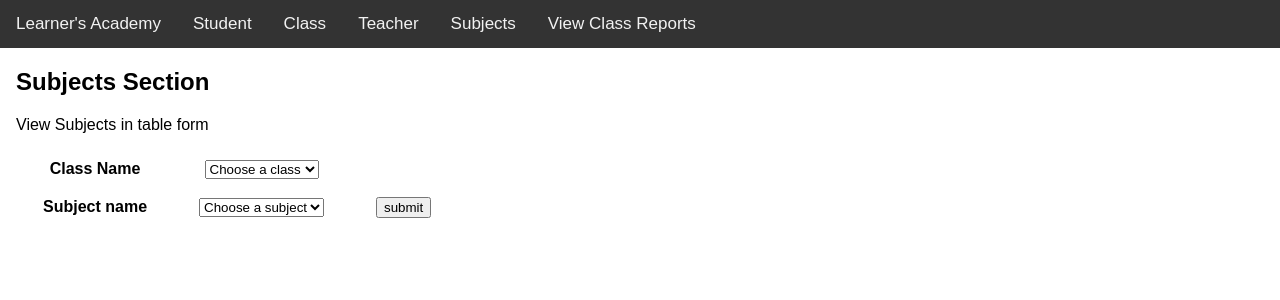
Repository: chirag627/Phase-2-Project
Page: http://localhost/Academy/web/subject/assign_class.jsp
These files come from the project's save history. The page is drawn as it stood at one moment and after the next save; the edit follows.
The browser window is 1280 px wide. The pictures show the whole page.
The page is served by Tomcat 9. Other server files are loaded and not shown. The template is opened directly, without the code that normally fills it, so the values that code supplies are empty.

Above is the page before, as saved 2022-08-15 16:19:19.

### Academy/src/main/webapp/web/subject/assign_class.jsp
<%@ taglib prefix="c" uri="http://java.sun.com/jsp/jstl/core"%>
<!DOCTYPE html>
<html>
<head>
<meta charset="ISO-8859-1">
<title>Subjects Master List</title>
</head>
<style>
td, th {
	padding-left: 25px;
	padding-right: 25px;
	padding-top: 8px;
	padding-bottom: 8px;
}

body {
	margin: 0;
	font-family: Arial, Helvetica, sans-serif;
}

.topnav {
	overflow: hidden;
	background-color: #333;
}

.topnav a {
	float: left;
	color: #f2f2f2;
	text-align: center;
	padding: 14px 16px;
	text-decoration: none;
	font-size: 17px;
}

ul li a {
	color: black;
}
</style>
<body>
	<div class="topnav">
		<a>Learner's Academy</a> <a href="./AcademyStudentServlet">Student</a>
		<a href="classAction.html">Class</a> <a href="teaAction.html">Teacher</a>
		<a href="subAction.html">Subjects</a> <a href="viewClassReports.html">View
			Class Reports</a>
	</div>

	<div style="padding-left: 16px">
		<h2>Subjects Section</h2>
		<p>View Subjects in table form</p>
	</div>
	<div style="margin-left: 16px">
		<%
		if (request.getParameter("n") != null) {
			out.println("<h4 style=\"color:red\">" + request.getParameter("n") + "</h4>");
		}
		%>

		<form action="./AcademyAssignClass" method="get">
			<table>
				<input type="hidden" name="action" value="csAssign">

				<tr>
					<th>Class Name</th>
					<th><select name="class_name" required>
							<option>Choose a class</option>
							<c:forEach var="cclass" items="${READ_CLASS}">
								<option value=${cclass.class_id}>${cclass.class_name}</option>
							</c:forEach>
					</select></th>
				</tr>
				<tr>
					<th>Subject name</th>
					<th><select name="subject_name" required>
							<option>Choose a subject</option>
							<c:forEach var="subject" items="${READ_SUBJECTS}">
								<option value=${subject.subject_id}>${subject.subject_name}</option>
							</c:forEach>
					</select></th>

					<th><input type="submit" name="submit" value="submit">

					</th>
				</tr>

			</table>
		</form>
	</div>
</body>
</html>

After the next save:
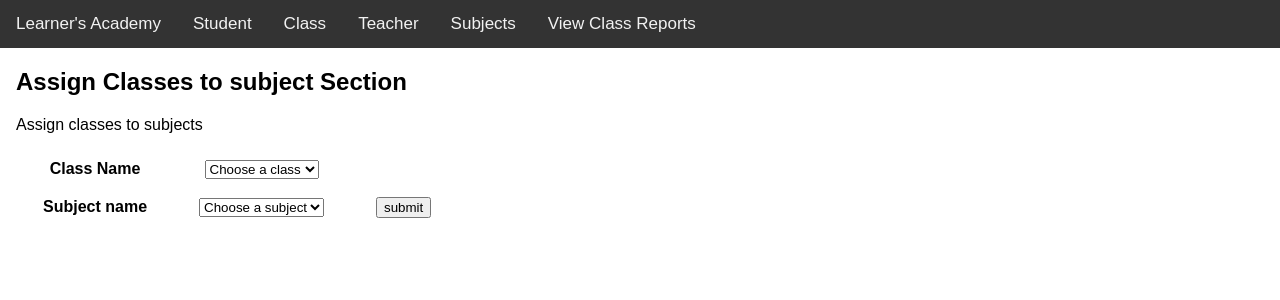
Saved 5 min 30 s later.
--- a/Academy/src/main/webapp/web/subject/assign_class.jsp
+++ b/Academy/src/main/webapp/web/subject/assign_class.jsp
@@ -45,8 +45,8 @@ ul li a {
 	</div>
 
 	<div style="padding-left: 16px">
-		<h2>Subjects Section</h2>
-		<p>View Subjects in table form</p>
+		<h2>Assign Classes to subject Section</h2>
+		<p>Assign classes to subjects</p>
 	</div>
 	<div style="margin-left: 16px">
 		<%
